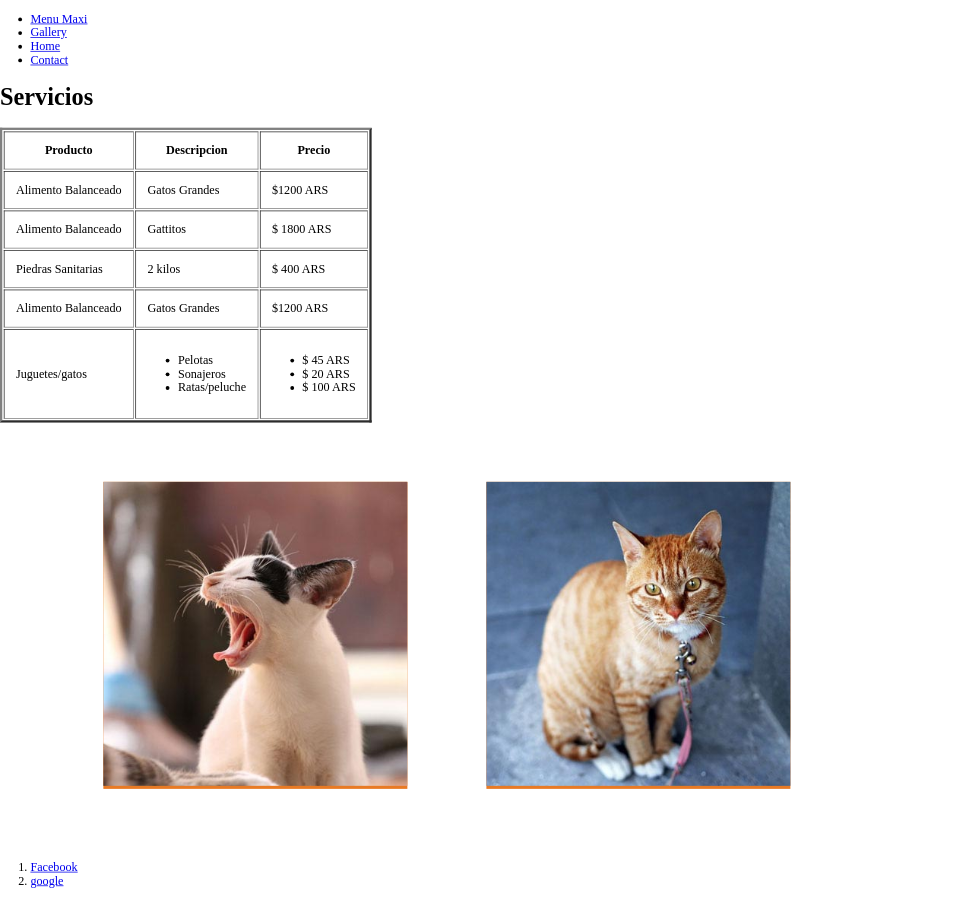
Repository: raul4264/final
Page: Services.html
These files come from the project's save history. The page is drawn as it stood at one moment and after the next save; the edit follows.
The browser window is 1280 px wide. The pictures show the whole page, at 76% of full size.

Above is the page before, as saved 2021-03-25 14:00:57.

After the next save:
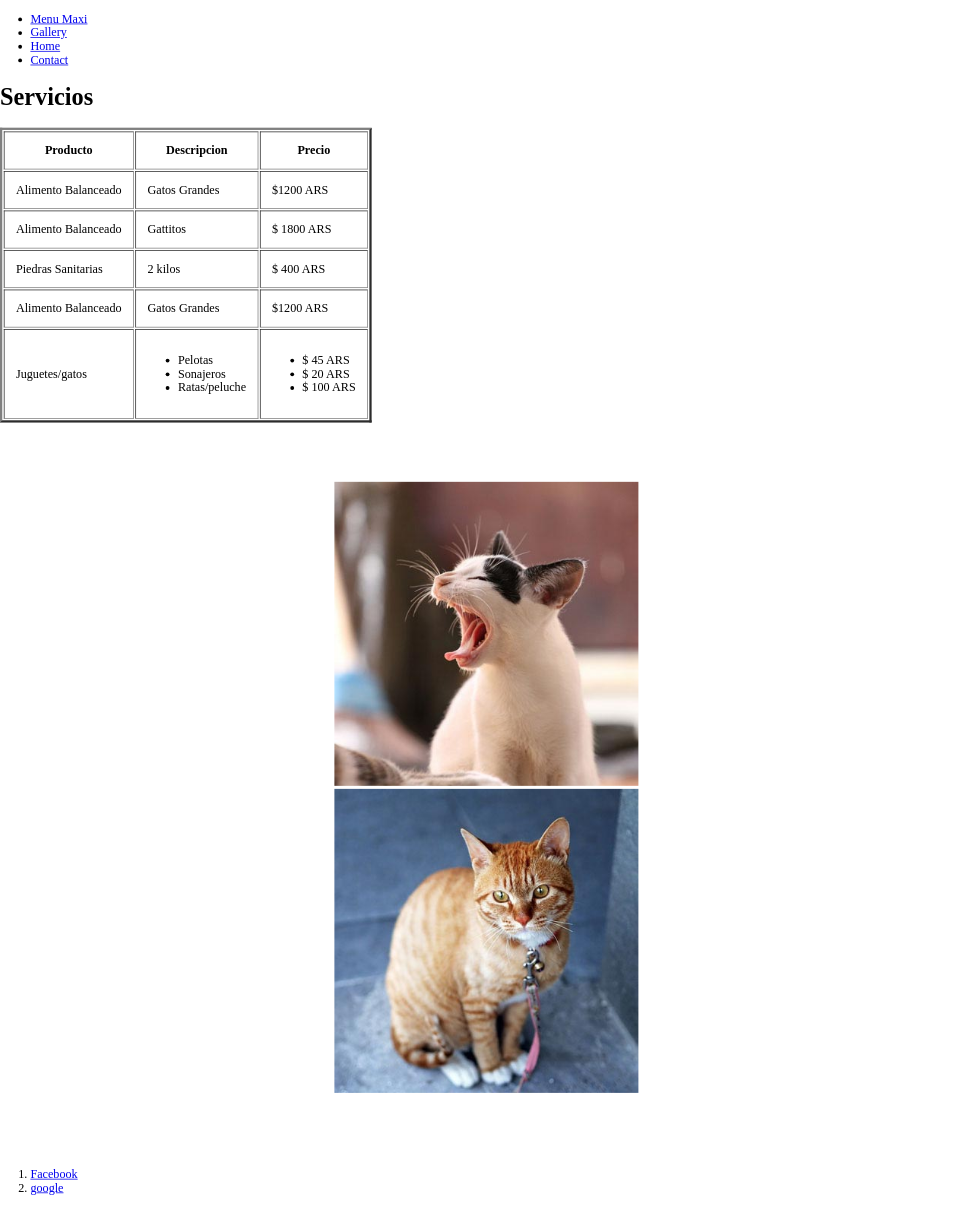
Saved 32 s later.
--- a/css/services.css
+++ b/css/services.css
@@ -16,8 +16,7 @@ body{
 	width: 100%;
 }
 img{
-    image-rendering: auto;
-}
+   width: max-content;
 .square{
 	background: #e87a24;
 	display: inline-block;

After the save that followed:
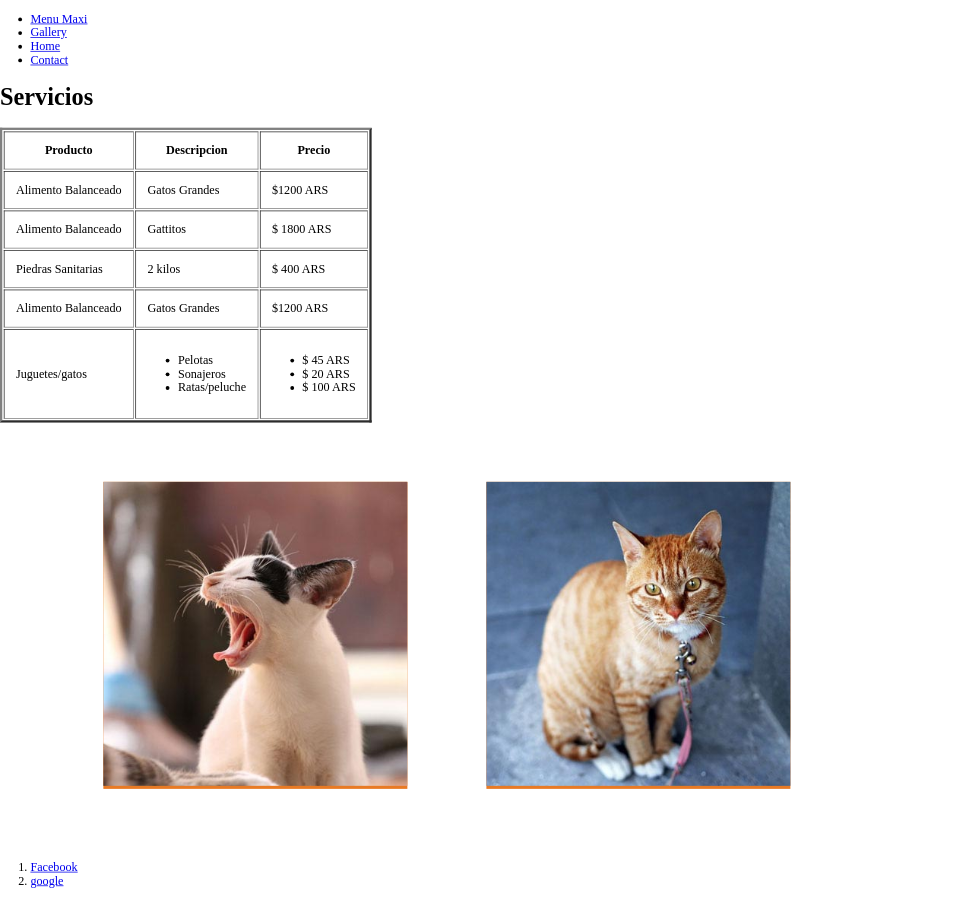
Saved 26 s later.
--- a/css/services.css
+++ b/css/services.css
@@ -15,8 +15,8 @@ body{
 	text-align: center;
 	width: 100%;
 }
-img{
-   width: max-content;
+
+
 .square{
 	background: #e87a24;
 	display: inline-block;
